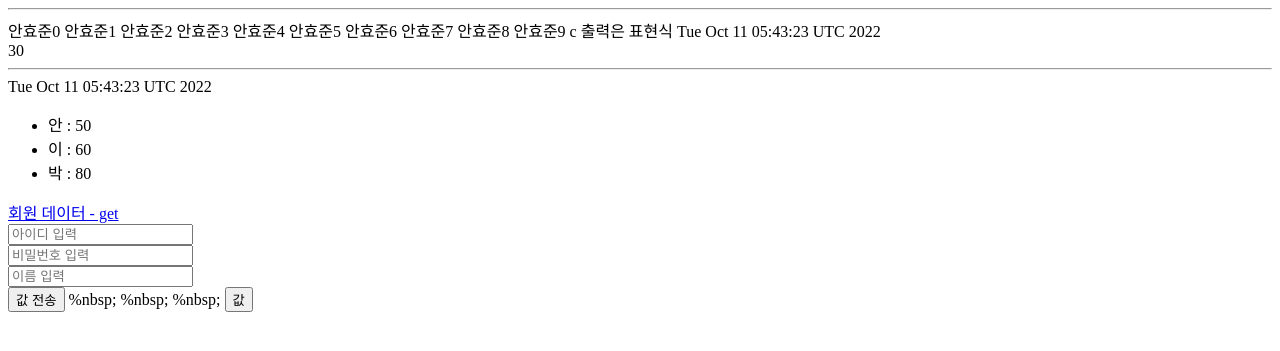
Repository: HyoJun-A/jsp
Page: http://localhost/practice01/
The author's editor kept a copy of each file at every save. The page is drawn from the files as they stood at one save, then again after the next save.
The browser window is 1280 px wide. The pictures show the whole page.
The page is served by Tomcat 9.

Above is the page before, as saved 2022-10-11 06:52:58.

### practice01/WebContent/index.jsp
<%@ page language="java" contentType="text/html; charset=UTF-8"
    pageEncoding="UTF-8"%>
<!-- 페이지 디렉티브 : @ page(내용) -->
<%@ page import="java.util.Date" %>
<!DOCTYPE html>
<html>
<head>
<meta charset="UTF-8">
<title>웹문서 테스트</title>
</head>
<body>
<%!
	//선언문 - 객체, 변수, 메소드 선언시
	//선언만 가능, 연산시 오류
	int[] score = {50, 60, 80};
	String[] names = {"안", "이", "박"};
	int a = 20;
	int b = 30;
	Date now = new Date();
%>
<hr>
<%
	//처리구문 -> 스크립트릿(scriptlet) : 자바코드
	//선언, 연산 가능
	int c;
	String name = "안효준";
	if(a>b){
		c = a;
	} else{
		c = b;
	}
	for(int d=0; d<10; d++){
		out.println(name+d);
	}
	out.println("c 출력은 표현식");
	out.println(now);
%>
<div id="result">
	<%=c %>
	<hr>
	<%=now %>
	<ul>
		<!-- for문을 따로 나눠서 사용하여 중간 값에 태그를 사용할 수 있다. -->
		<%
			for(int i=0; i<score.length; i++){
		%>
		<li><%=names[i] %> : <%=score[i] %></li>
		<%
			}
		%>
	</ul>
	<!-- get방식 -->
	<a href="test01.jsp?id=ahj&pw=1234&name=안효준">회원 데이터 - get</a>
	<form action="test02.jsp" method="post" name="login_from">
		<input name="id" id="id" placeholder="아이디 입력"><br>
		<input type="password" name="pw" id="pw" placeholder="비밀번호 입력"><br>
		<input name="name" id="name" placeholder="이름 입력"><br>
		<input type="submit" value="값 전송"> %nbsp; %nbsp; %nbsp;
		<input type="submit" value="값">
	</form>
	<div id="msg">
		<%
			/* String msg = request.getParameter("msg"); */
		%>
	</div>
</div>

</body>
</html>

After the next save:
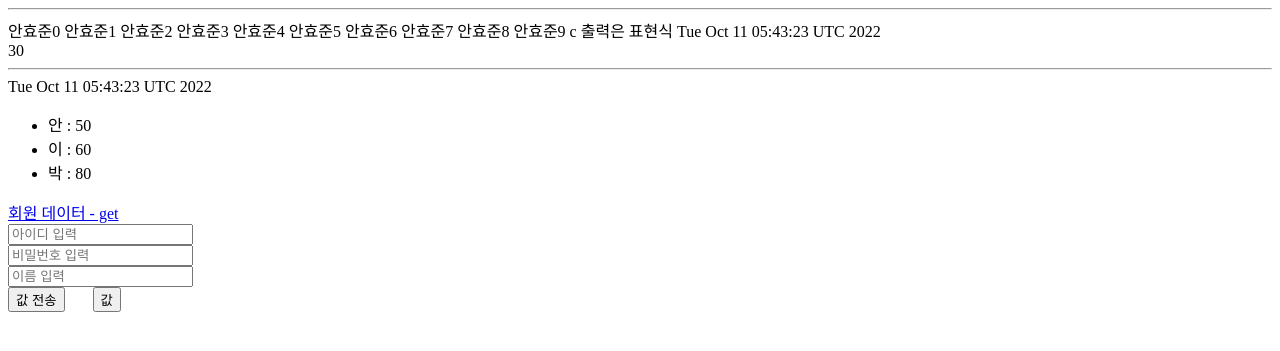
Saved 14 s later.
--- a/practice01/WebContent/index.jsp
+++ b/practice01/WebContent/index.jsp
@@ -55,7 +55,7 @@
 		<input name="id" id="id" placeholder="아이디 입력"><br>
 		<input type="password" name="pw" id="pw" placeholder="비밀번호 입력"><br>
 		<input name="name" id="name" placeholder="이름 입력"><br>
-		<input type="submit" value="값 전송"> %nbsp; %nbsp; %nbsp;
+		<input type="submit" value="값 전송"> &nbsp; &nbsp; &nbsp;
 		<input type="submit" value="값">
 	</form>
 	<div id="msg">
